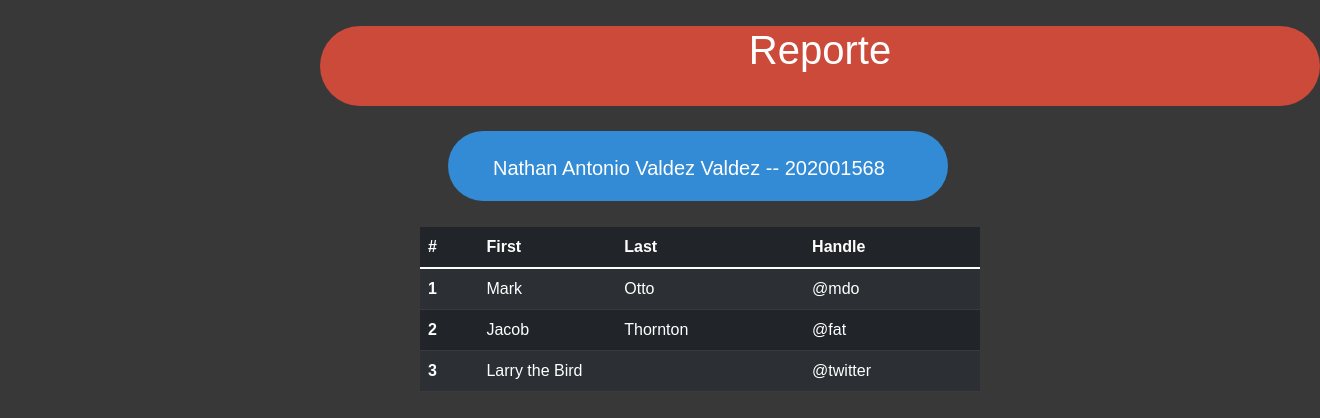
Repository: nathanvdev/LFP_PR_202001568
Page: plantilla.html
An editor plug-in stored every save of this project. The page is shown before and after a run of saves, followed by the edit.
The browser window is 1280 px wide. The page is 1320 px wide, so the pictures cover 1320 px, including what lies to the right of the window. The pictures show the whole page.

Above is the page before, as saved 2022-02-19 19:03:11.

### plantilla.html

<!DOCTYPE html>
<html lang="en">
<head>
    <meta charset="UTF-8">
    <meta http-equiv="X-UA-Compatible" content="IE=edge">
    <meta name="viewport" content="width=device-width, initial-scale=1.0">
    <link href="https://cdn.jsdelivr.net/npm/bootstrap@5.1.3/dist/css/bootstrap.min.css" rel="stylesheet" integrity="sha384-1BmE4kWBq78iYhFldvKuhfTAU6auU8tT94WrHftjDbrCEXSU1oBoqyl2QvZ6jIW3" crossorigin="anonymous">
    <title>Document</title>
</head>
<style>
    body{
        font-family: sans-serif;
    }
    .titlebox{
        background-color: rgb(204, 74, 57);
        height: 80px;
        width: 1000px;
        margin: 2%;
        margin-left: 25%;
        border-radius: 45px;


        display: flex;
        justify-content: center;
    }
    .PersonalInfo{
        background-color: rgb(50, 139, 212);
        height: 70px;
        width: 500px;
        margin: 2%;
        margin-top: 0px;
        margin-left: 35%;
        border-radius: 45px;

    }
    .tabla{
        width: 75%;
        height: auto;
        margin: 20px;
        padding-left: 400px;
    }
</style>
<body style="background-color: rgb(56, 56, 56);">
    <div class="titlebox">
        <h1 style="color: white;">Reporte</h1>
    </div>
    <div class="PersonalInfo">
        <h3 style="color: white;
        margin: 5%; float: left; font-size: 20px; padding-left: 20px;">
            Nathan Antonio Valdez Valdez  --  202001568
        </h3>
    </div>

    <div class="tabla">
    <table class="table table-dark table-striped">
        <thead>
          <tr>
            <th scope="col">#</th>
            <th scope="col">First</th>
            <th scope="col">Last</th>
            <th scope="col">Handle</th>
          </tr>
        </thead>
        <tbody>
          <tr>
            <th scope="row">1</th>
            <td>Mark</td>
            <td>Otto</td>
            <td>@mdo</td>
          </tr>
          <tr>
            <th scope="row">2</th>
            <td>Jacob</td>
            <td>Thornton</td>
            <td>@fat</td>
          </tr>
          <tr>
            <th scope="row">3</th>
            <td colspan="2">Larry the Bird</td>
            <td>@twitter</td>
          </tr>
        </tbody>
      </table>
    </div>
</body>
</html>

After the next 2 saves:
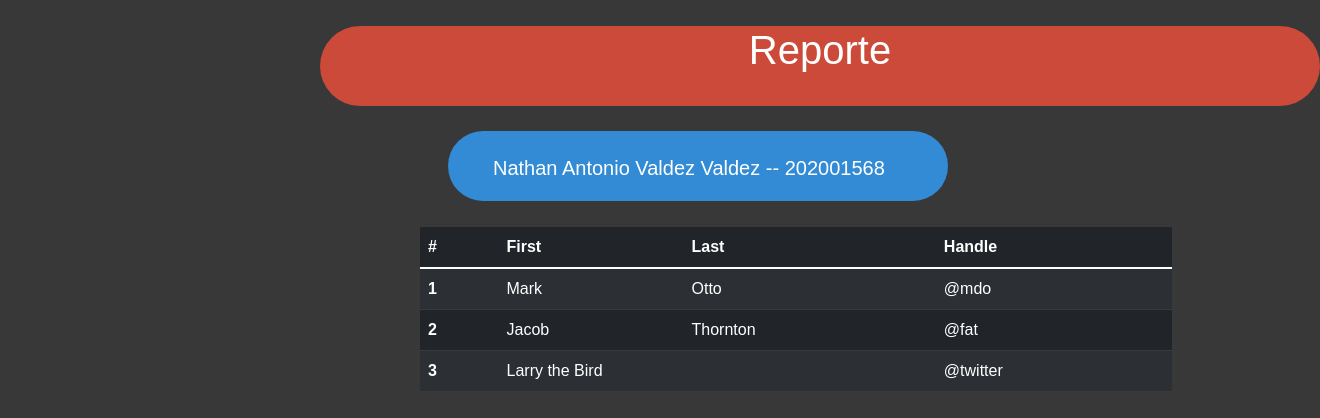
The 2 saves are shown as one change because they came seconds apart.
The last was saved 12 s later.
--- a/plantilla.html
+++ b/plantilla.html
@@ -35,7 +35,7 @@
 
     }
     .tabla{
-        width: 75%;
+        width: 90%;
         height: auto;
         margin: 20px;
         padding-left: 400px;
